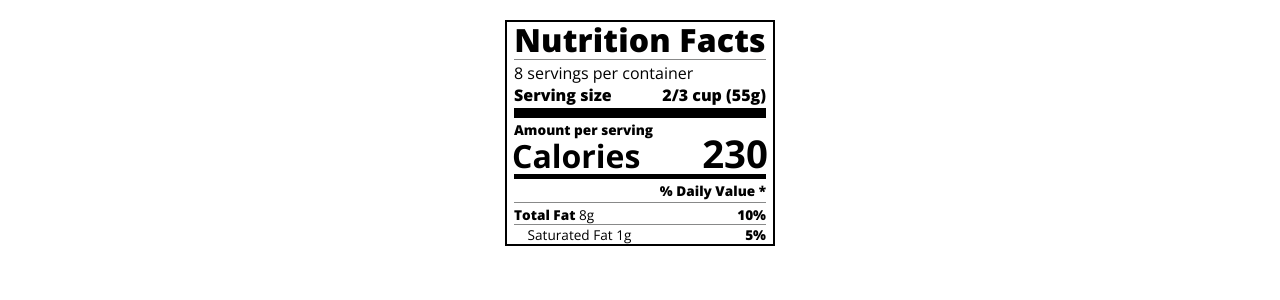
Repository: AimenDje/NutritionLabel
Page: index.html
The author's editor kept a copy of each file at every save. The page is drawn from the files as they stood at one save, then again after the next save.
The browser window is 1280 px wide. The pictures show the whole page.

Above is the page before, as saved 2025-08-30 22:57:50.

After the next save:
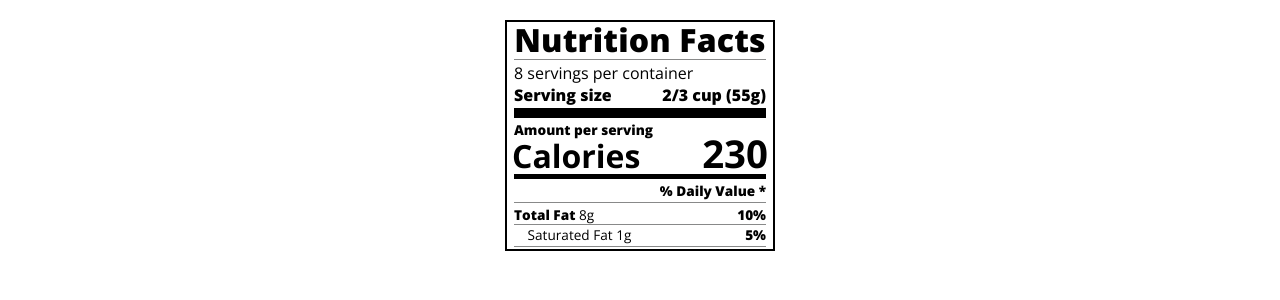
Saved 74 s later.
--- a/index.html
+++ b/index.html
@@ -31,6 +31,7 @@
       <div class="divider"></div>
       <p><span><span class="bold">Total Fat</span> 8g</span> <span class="bold">10%</span></p>
       <p class="indent no-divider" >Saturated Fat 1g <span class="bold">5%</span></p>
+      <div class="divider"></div>
     </div>
   </div>
   </div>
